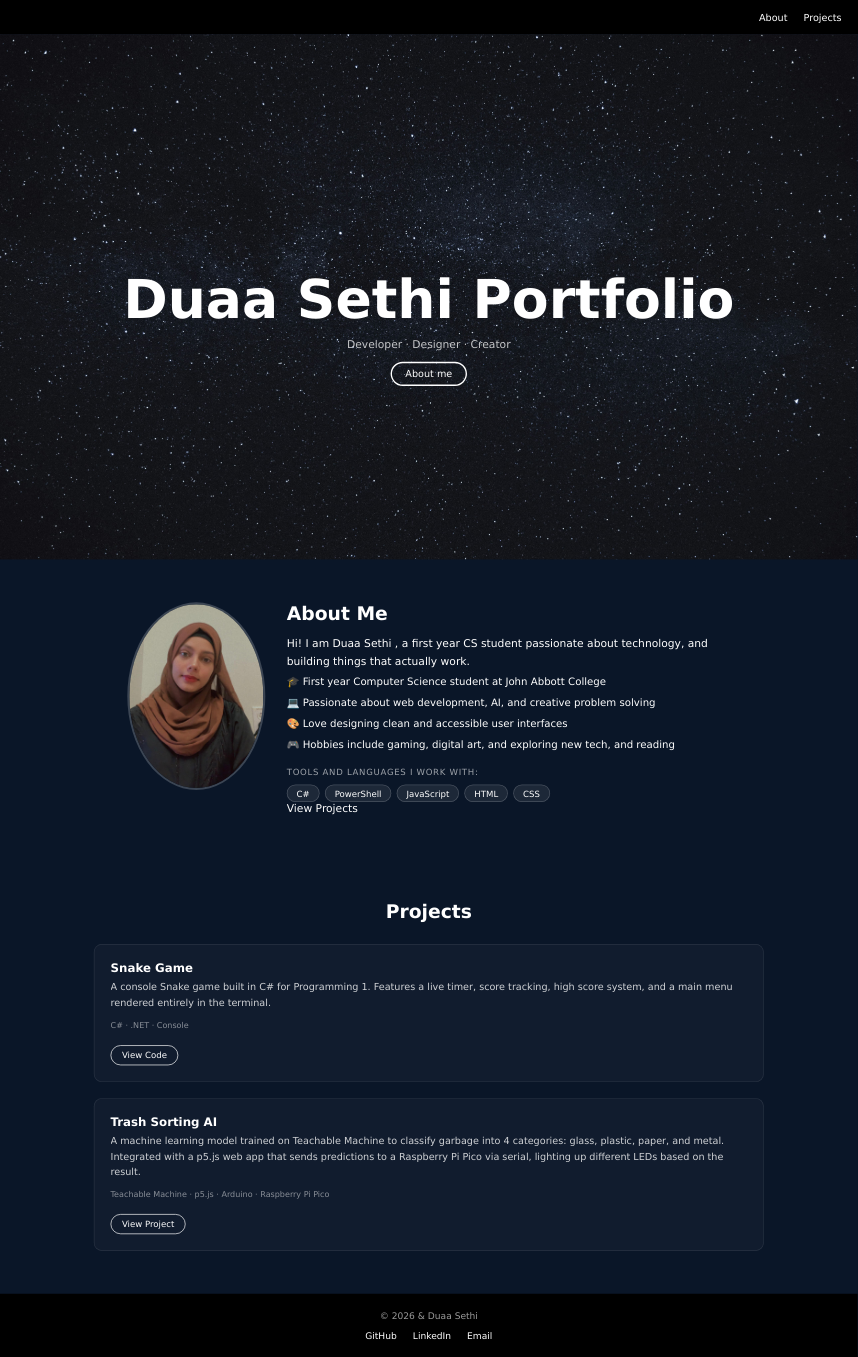
Repository: Duaa-Sethi/Duaa-Sethi
Page: index.html
The author's editor kept a copy of each file at every save. The page is drawn from the files as they stood at one save, then again after the next save.
The browser window is 1280 px wide. The pictures show the whole page, at 67% of full size.
Some web fonts or font styles are not loaded; a fallback is used.

Above is the page before, as saved 2026-05-04 17:27:52.

### index.html
<!doctype html>
<html lang="en">
  <head>
    <meta charset="UTF-8" />
    <meta name="viewport" content="width=device-width, initial-scale=1.0" />
    <title>Dua Portfolio</title>
    <link rel="stylesheet" href="./styles/index.css" />
    <link rel="stylesheet" href="./styles/globals.css" />
  </head>
  <body>
    <!-- NAV -->
    <nav>
      <ul>
        <li><a href="#about">About</a></li>
        <li><a href="#projects">Projects</a></li>
      </ul>
    </nav>

    <!-- HERO -->
    <section class="hero">
      <article>
        <h1>Duaa Sethi Portfolio</h1>
        <p>Developer · Designer · Creator</p>
        <a href="#about">About me</a>
      </article>
    </section>

    <!-- ABOUT -->
    <section class="about" id="about">
      <img src="./assets/images/Dua Sethi.jpeg" alt="Photo of Duaa Sethi" />
      <div class="about-text">
        <h2>About Me</h2>
        <p class="about-intro">
          Hi! I am Duaa Sethi , a first year CS student passionate about
          technology, and building things that actually work.
        </p>

        <ul class="about-list">
          <li>🎓 First year Computer Science student at John Abbott College</li>
          <li>
            💻 Passionate about web development, AI, and creative problem
            solving
          </li>
          <li>🎨 Love designing clean and accessible user interfaces</li>
          <li>
            🎮 Hobbies include gaming, digital art, and exploring new tech, and
            reading
          </li>
        </ul>

        <p class="tools-label">Tools and languages I work with:</p>
        <ul class="tools-list">
          <li>C#</li>
          <li>PowerShell</li>
          <li>JavaScript</li>
          <li>HTML</li>
          <li>CSS</li>
        </ul>

        <a href="#projects" class="projects-btn">View Projects</a>
      </div>
    </section>

    <!-- PROJECTS -->
    <section class="projects" id="projects">
      <h2>Projects</h2>
      <div class="cards">
        <article class="card">
          <h3>Snake Game</h3>
          <p>
            A console Snake game built in C# for Programming 1. Features a live
            timer, score tracking, high score system, and a main menu rendered
            entirely in the terminal.
          </p>
          <p class="tech">C# · .NET · Console</p>
          <a
            href="https://github.com/Duaa-Sethi/Programming1-project-Dua-Sethi"
            target="_blank"
            >View Code</a
          >
        </article>
        <article class="card">
          <h3>Trash Sorting AI</h3>
          <p>
            A machine learning model trained on Teachable Machine to classify
            garbage into 4 categories: glass, plastic, paper, and metal.
            Integrated with a p5.js web app that sends predictions to a
            Raspberry Pi Pico via serial, lighting up different LEDs based on
            the result.
          </p>
          <p class="tech">
            Teachable Machine · p5.js · Arduino · Raspberry Pi Pico
          </p>
          <a
            href="https://editor.p5js.org/duairfansethi/full/mdRLpCkG2"
            target="_blank"
            >View Project</a
          >
        </article>
      </div>
    </section>

    <footer>
      <p>© 2026 & Duaa Sethi</p>
      <ul class="footer-links">
        <ul class="footer-links">
          <li><a href="https://github.com/Duaa-Sethi">GitHub</a></li>
          <li>
            <a
              href="https://www.linkedin.com/in/dua-irfan-sethi-32944838b/"
              target="_blank"
              >LinkedIn</a
            >
          </li>
          <li>
            <a href="mailto:duairfansethi@gmail.com">Email</a>
          </li>
        </ul>
      </ul>
    </footer>
  </body>
</html>

### styles/index.css
body {
  background-color: #0a1628;
}

/* NAV */
nav {
  position: sticky;
  top: 0;
  background-color: black;
  padding: 0 1.5rem;
}

nav ul {
  display: flex;
  justify-content: flex-end;
  gap: 1.5rem;
  padding: 1rem 0;
}

nav ul li a {
  font-size: 0.9rem;
}

.hero {
  display: flex;
  align-items: center;
  justify-content: center;
  text-align: center;
  min-height: 100vh;
  padding: 2rem 1.5rem;

  /* dont memorize, copy paste background defs */
  background-image: url(../assets/images/kai-pilger-Ef6iL87-vOA-unsplash.jpg);
  background-size: cover;
  background-position: center;
  background-repeat: no-repeat;
}

.hero h1 {
  font-size: 2rem;
  margin-bottom: 0.75rem;
}

.hero p {
  font-size: 1rem;
  opacity: 0.75;
  margin: 0 0 1.5rem 0;
}

.hero a {
  border: 2px solid white;
  padding: 0.5rem 1.25rem;
  border-radius: 20px;
  font-size: 0.9rem;
}

.hero a:hover {
  background-color: white;
  color: #0a1628;
  text-decoration: none;
}

/* ABOUT */
.about {
  display: flex;
  flex-direction: column;
  align-items: center;
  gap: 1.5rem;
  padding: 3rem 1.5rem;
  text-align: center;
}

.about img {
  width: 40%;
  max-width: 200px;
  border-radius: 50%;
  border: 3px solid rgba(255, 255, 255, 0.2);
}

.about h2 {
  font-size: 1.75rem;
  margin-bottom: 1rem;
}

.about p {
  margin: 0 0 0.5rem 0;
  line-height: 1.6;
}
.about-intro {
  display: none;
}

.about-list {
  display: flex;
  flex-direction: column;
  gap: 0.5rem;
  text-align: left;
  margin-bottom: 1.25rem;
}

.about-list li {
  font-size: 0.95rem;
  line-height: 1.5;
}

.tools-label {
  font-size: 0.8rem;
  opacity: 0.6;
  text-transform: uppercase;
  letter-spacing: 0.08em;
  text-align: left;
  margin-bottom: 0.5rem;
}

.tools-list {
  display: flex;
  flex-wrap: wrap;
  gap: 0.5rem;
  text-align: left;
}

.tools-list li {
  background-color: rgba(255, 255, 255, 0.08);
  border: 1px solid rgba(255, 255, 255, 0.2);
  border-radius: 20px;
  padding: 0.3rem 0.85rem;
  font-size: 0.8rem;
}
/* PROJECTS */
.projects {
  padding: 4rem 1.5rem;
  text-align: center;
}
.projects h2 {
  font-size: 1.75rem;
  margin-bottom: 2rem;
}

.cards {
  display: flex;
  flex-direction: column;
  gap: 1.5rem;
}
.card {
  background-color: #111c2e;
  border: 1px solid rgba(255, 255, 255, 0.1);
  border-radius: 12px;
  padding: 1.5rem;
  text-align: left;
}

.card:hover {
  border-color: rgba(255, 255, 255, 0.4);
}

.card h3 {
  font-size: 1.1rem;
  margin-bottom: 0.5rem;
}

.card p {
  font-size: 0.9rem;
  line-height: 1.6;
  opacity: 0.8;
  margin: 0 0 0.5rem 0;
}

.card .tech {
  font-size: 0.75rem;
  opacity: 0.5;
  margin: 0.75rem 0;
}

.card a {
  display: inline-block;
  border: 1px solid white;
  padding: 0.4rem 1rem;
  border-radius: 20px;
  font-size: 0.8rem;
  margin-top: 0.5rem;
}

.card a:hover {
  background-color: white;
  color: #0a1628;
  text-decoration: none;
}

/* FOOTER */

footer {
  text-align: center;
  padding: 1.5rem;
  background-color: black;
}
footer p {
  font-size: 0.85rem;
  opacity: 0.6;
  margin: 0 0 0.75rem 0;
}

.footer-links {
  display: flex;
  justify-content: center;
  gap: 1.5rem;
}

.footer-links a {
  font-size: 0.85rem;
}
/* Small screen like mobile */
@media only screen and (min-width: 600px) {
  .hero h1 {
    font-size: 4rem;
  }
  .about-intro {
    display: block;
  }

  .about {
    flex-direction: row;
    align-items: flex-start;
    text-align: left;
    max-width: 800px;
    margin: 0 auto;
    padding: 4rem 1.5rem;
    gap: 2rem;
  }
  .about img {
    width: 25%;
    max-width: 200px;
  }
  .cards {
    flex-direction: row;
    flex-wrap: wrap;
    justify-content: center;
  }
}
/* desktop /laptop devices 992 px and > */
@media only screen and (min-width: 992px) {
  .hero h1 {
    font-size: 5rem;
  }
  .projects {
    max-width: 1000px;
    margin: 0 auto;
  }

  .about {
    max-width: 900px;
  }
}

### styles/globals.css
/* FONT DEFS */
@font-face {
  font-family: "main font";
  src: url(../assets/fonts/NewsCycle-Regular.ttf);
}

/* CROSS PAGE STYLES */
body {
  font-family: "main font", Verdana, sans-serif;
  color: white;
  margin: 0;
}

h1 {
  font-weight: bold;
  font-size: 1.5rem;
}

a {
  text-decoration: none;
  color: white;
}
h2,
h3 {
  margin: 0;
}
a:hover {
  text-decoration: underline;
}
ul {
  list-style: none;
  padding: 0;
  margin: 0;
}

After the next save:
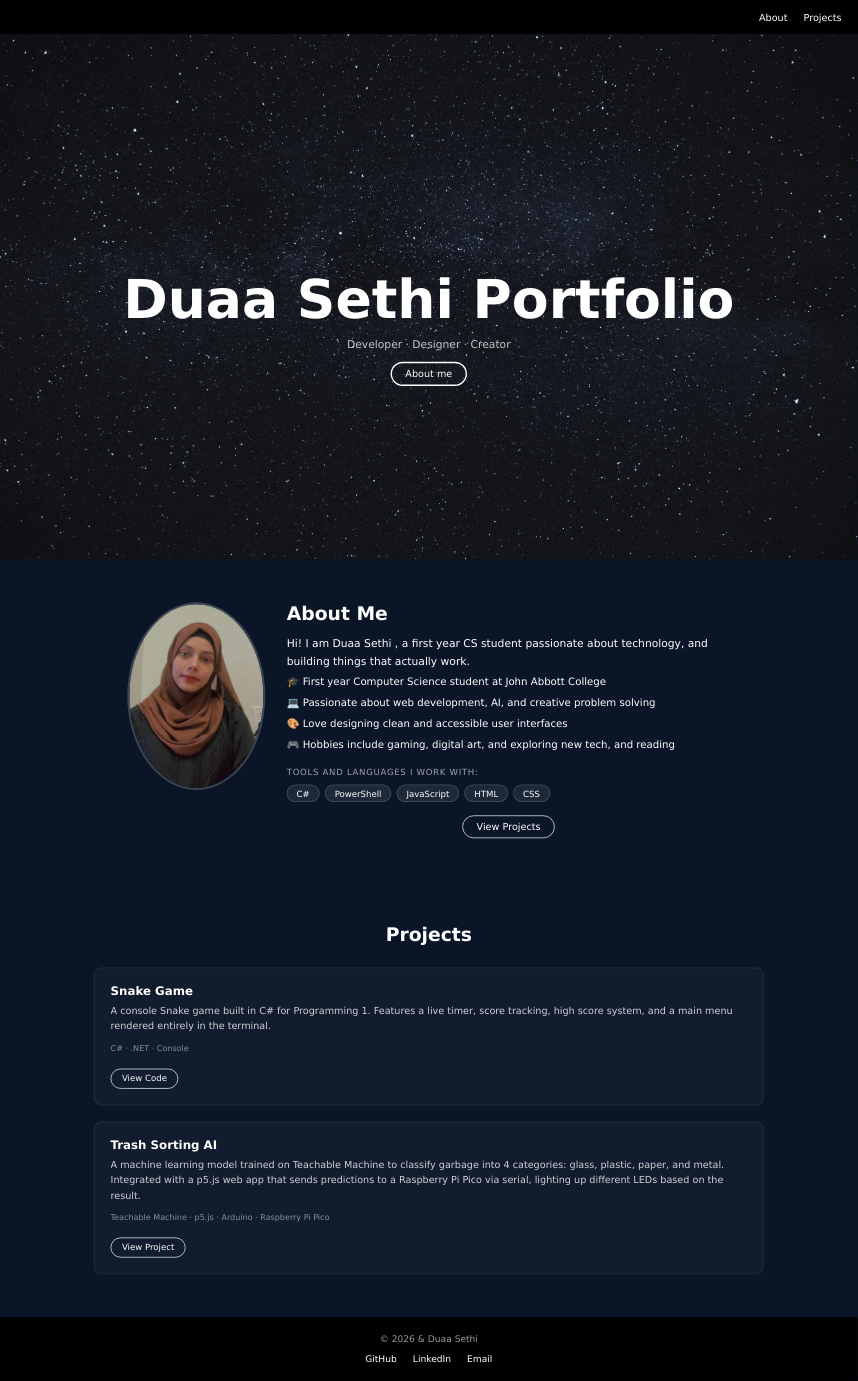
Saved 108 s later.
--- a/styles/index.css
+++ b/styles/index.css
@@ -186,6 +186,21 @@ nav ul li a {
   text-decoration: none;
 }
 
+.projects-btn {
+  display: block;
+  width: fit-content;
+  margin: 1.25rem auto 0 auto;
+  border: 1px solid white;
+  padding: 0.5rem 1.25rem;
+  border-radius: 20px;
+  font-size: 0.9rem;
+}
+
+.projects-btn:hover {
+  background-color: white;
+  color: #0a1628;
+  text-decoration: none;
+}
 /* FOOTER */
 
 footer {
